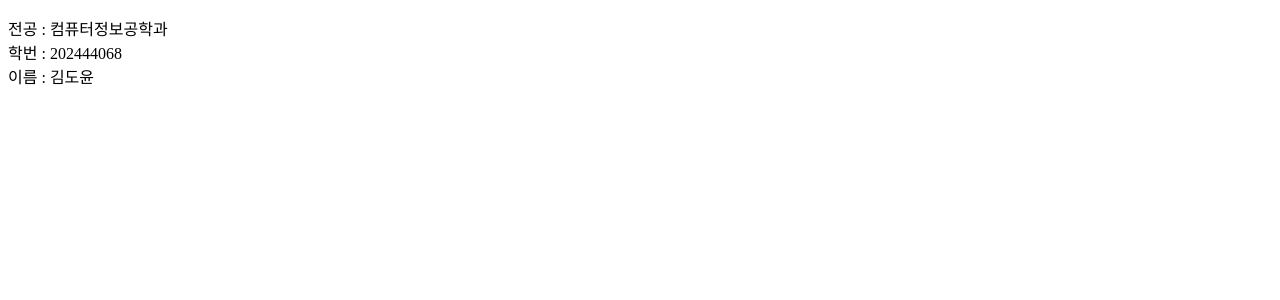
Repository: douni05/2025_JSP
Page: week1/src/main/webapp/202444068_김도윤.html
The author's editor kept a copy of each file at every save. The page is drawn from the files as they stood at one save, then again after the next save.
The browser window is 1280 px wide. The pictures show the whole page.

Above is the page before, as saved 2025-08-28 03:59:14.

### week1/src/main/webapp/202444068_김도윤.html
<!DOCTYPE html>
<html>
<head>
<meta charset="UTF-8">
<title>Insert title here</title>
</head>
<body>
	<p>전공 : 컴퓨터정보공학과<br>
	학번 : 202444068<br>
	이름 : 김도윤</p>
</body>
</html>

After the next save:
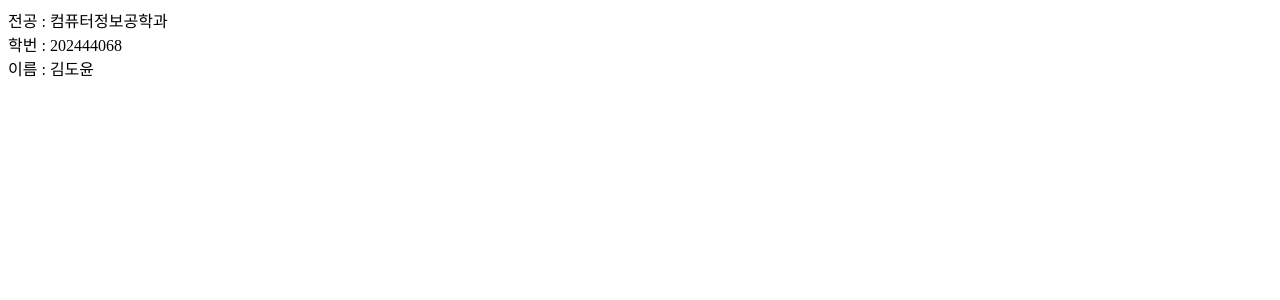
Saved 15 s later.
--- a/week1/src/main/webapp/202444068_김도윤.html
+++ b/week1/src/main/webapp/202444068_김도윤.html
@@ -5,8 +5,8 @@
 <title>Insert title here</title>
 </head>
 <body>
-	<p>전공 : 컴퓨터정보공학과<br>
+	<p1>전공 : 컴퓨터정보공학과<br>
 	학번 : 202444068<br>
-	이름 : 김도윤</p>
+	이름 : 김도윤</p1>
 </body>
 </html>
